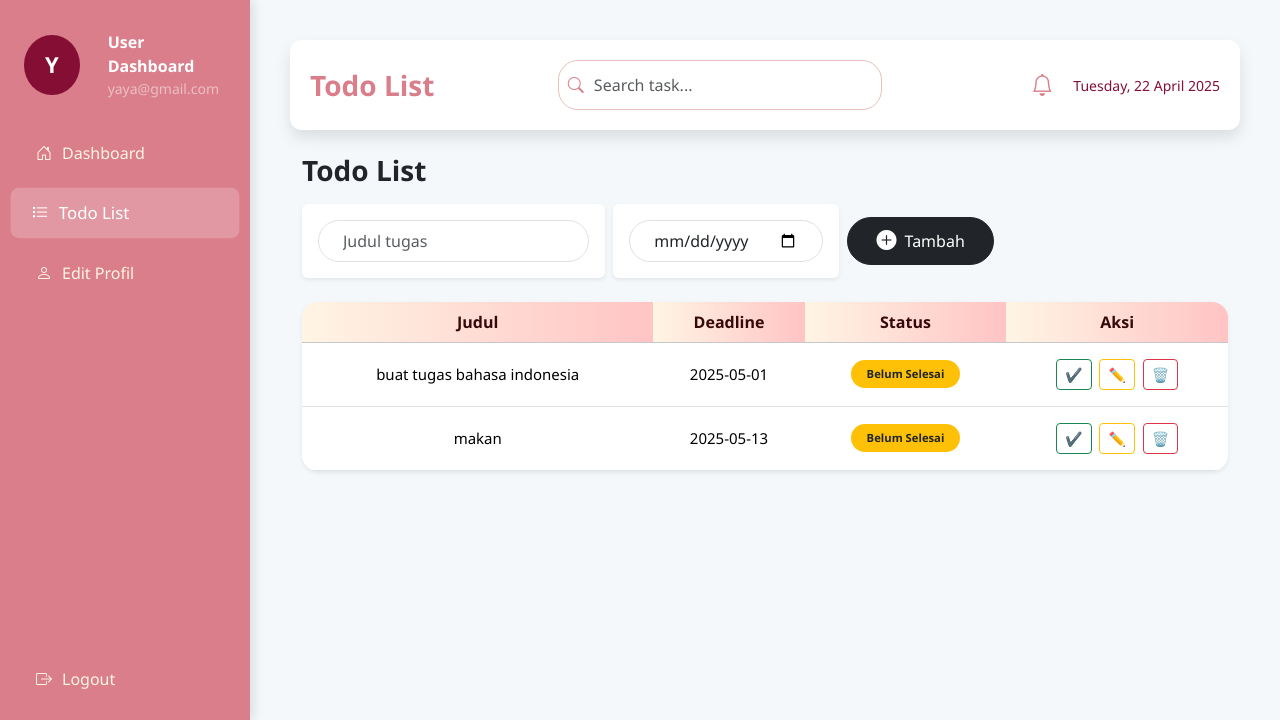
Repository: zhr-nabila/FloTime
Page: http://localhost/todo.php
The author's editor kept a copy of each file at every save. The page is drawn from the files as they stood at one save, then again after the next save.
The browser window is 1280 px wide. The pictures show the whole page.
The page is run by PHP 8.4 with error messages shown; the project is at /var/www/html/. The session is filled in as if someone had signed in: {"email": "yaya@gmail.com", "status": "login", "user_id": 2}. The database holds what the project's SQL file puts in it.

Above is the page before, as saved 2025-04-23 12:15:20.

After the next save:
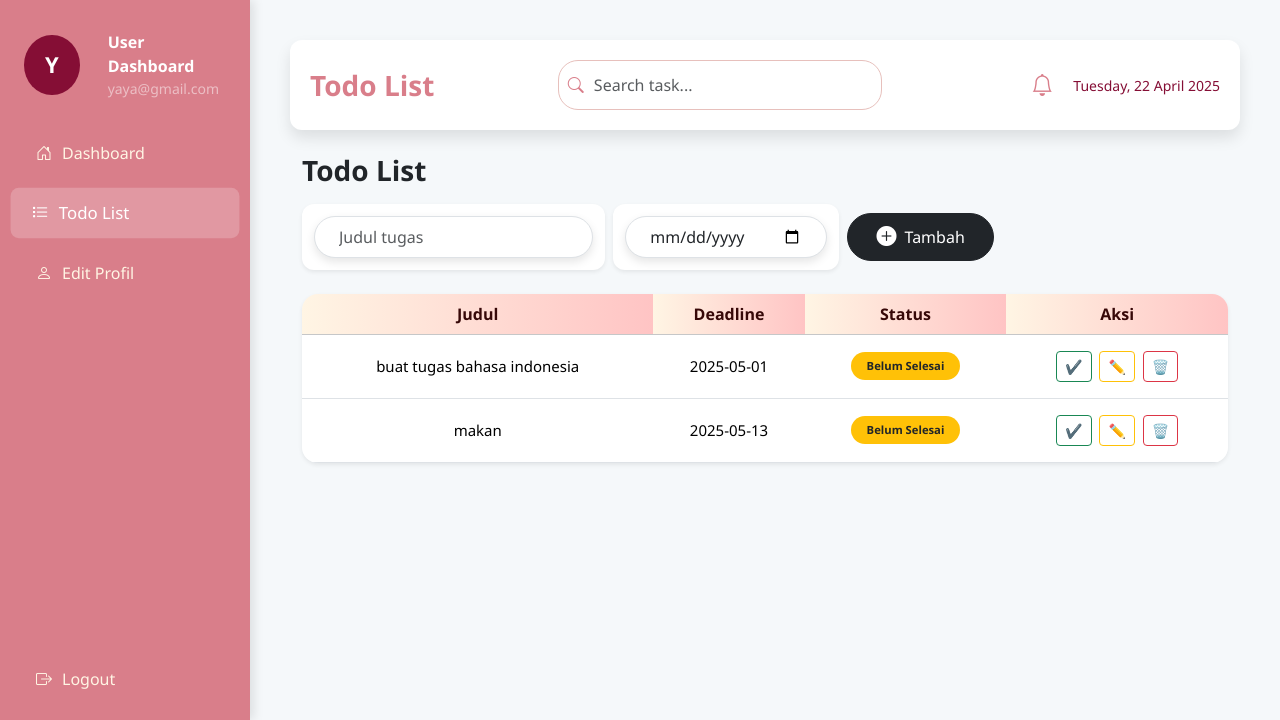
Saved 19 s later.
--- a/css/style.css
+++ b/css/style.css
@@ -244,6 +244,29 @@
     box-shadow: 0 4px 12px rgba(233, 145, 159, 0.3);
 }
 
+.card {
+    border-radius: 12px;
+}
+
+.card-body {
+    padding: 12px;
+}
+
+.card input {
+    border-radius: 10px;
+    box-shadow: 0 4px 10px rgba(0, 0, 0, 0.1);
+}
+
+.add-btn {
+    transition: all 0.3s ease;
+    transform: translateY(0);
+}
+
+.add-btn:hover {
+    background-color: var(--c4);
+    transform: translateY(-2px) scale(1.03);
+    box-shadow: 0 4px 12px rgba(233, 145, 159, 0.3);
+}
 
 .premium-table th {
     font-weight: 600;

After the save that followed:
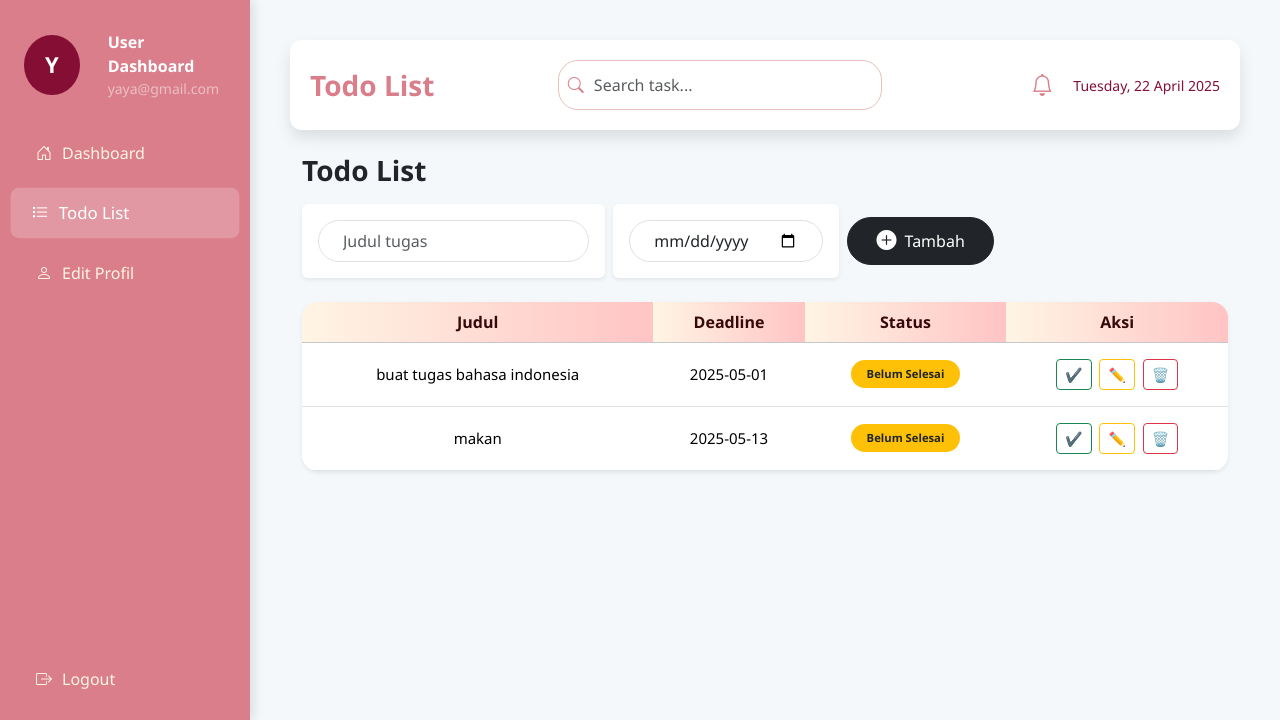
Saved 15 s later.
--- a/css/style.css
+++ b/css/style.css
@@ -244,29 +244,6 @@
     box-shadow: 0 4px 12px rgba(233, 145, 159, 0.3);
 }
 
-.card {
-    border-radius: 12px;
-}
-
-.card-body {
-    padding: 12px;
-}
-
-.card input {
-    border-radius: 10px;
-    box-shadow: 0 4px 10px rgba(0, 0, 0, 0.1);
-}
-
-.add-btn {
-    transition: all 0.3s ease;
-    transform: translateY(0);
-}
-
-.add-btn:hover {
-    background-color: var(--c4);
-    transform: translateY(-2px) scale(1.03);
-    box-shadow: 0 4px 12px rgba(233, 145, 159, 0.3);
-}
 
 .premium-table th {
     font-weight: 600;
